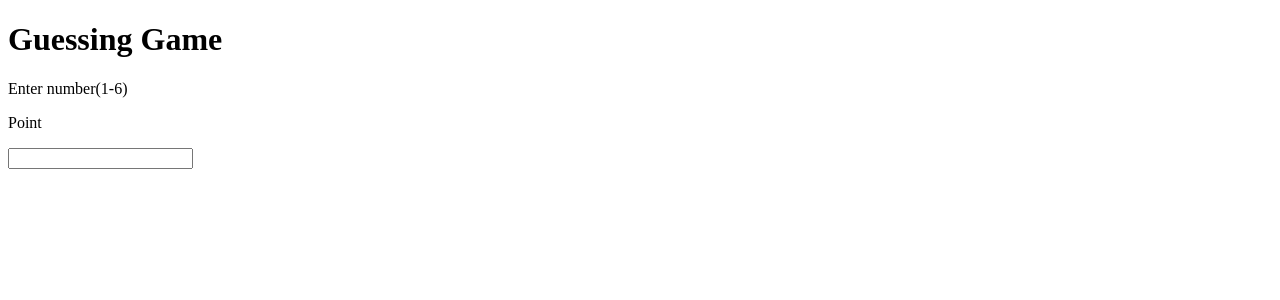
Repository: sedashahnazaryan/Guessing-Game
Page: index.html
These files come from the project's save history. The page is drawn as it stood at one moment and after the next save; the edit follows.
The browser window is 1280 px wide. The pictures show the whole page.

Above is the page before, as saved 2022-02-23 19:16:33.

After the next save:
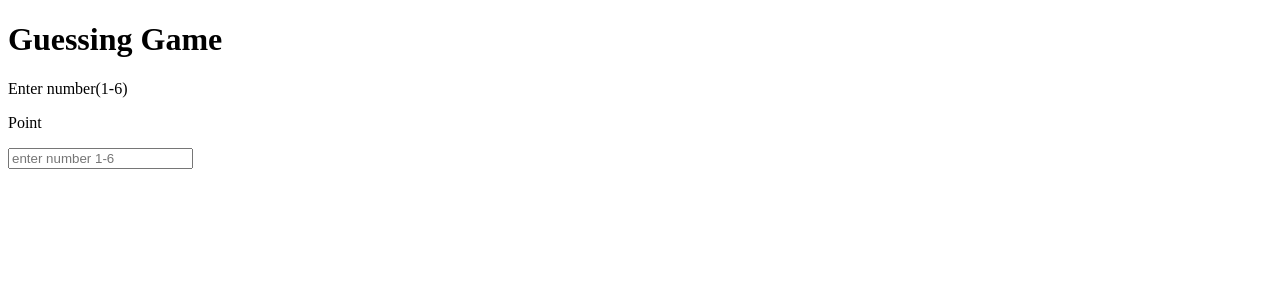
Saved 49 s later.
--- a/index.html
+++ b/index.html
@@ -12,7 +12,7 @@
         <h1 class="Guessing">Guessing Game</h1>
      <p class="enter">Enter number(1-6)</p>
      <p class="p">Point</p>
-     <input id="" type="text">
+     <input type="number" id="value" placeholder="enter number 1-6">
 
     </div>
  <script src="./index.js"></script>
